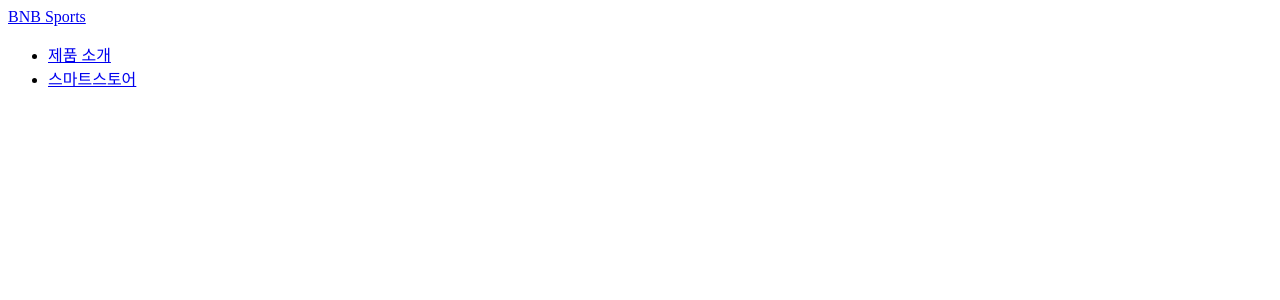
Repository: norwegianwood97/BNB-Sports
Page: assets/header.html
These files come from the project's save history. The page is drawn as it stood at one moment and after the next save; the edit follows.
The browser window is 1280 px wide. The pictures show the whole page.

Above is the page before, as saved 2025-10-07 23:34:06.

### assets/header.html
<header>
  <nav>
    <a href="/index.html" class="logo">BNB Sports</a>
    <ul>
      <li><a href="/products/productsList.html">제품 소개</a></li>
      <li>
        <a href="https://smartstore.naver.com/bnb_sports/category/2c9d17ff3c834d29b9be2411bdc826c6?cp=1" target="_blank">스마트스토어</a>
      </li>
    </ul>
  </nav>
</header>

After the next save:
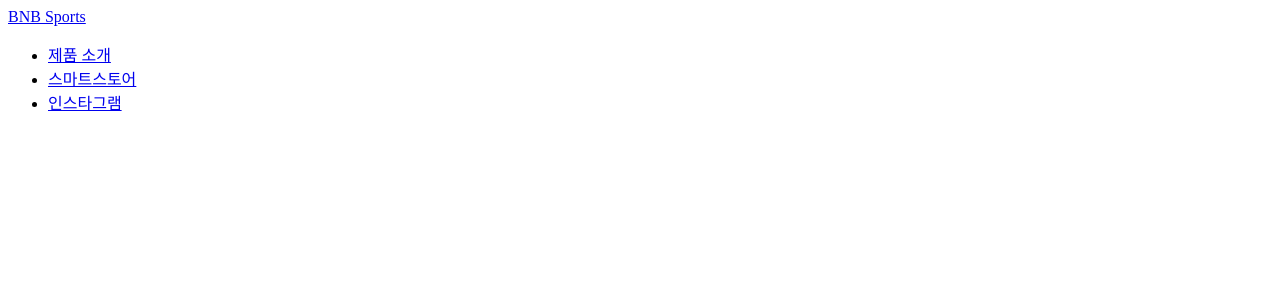
Saved 21 s later.
--- a/assets/header.html
+++ b/assets/header.html
@@ -6,6 +6,9 @@
       <li>
         <a href="https://smartstore.naver.com/bnb_sports/category/2c9d17ff3c834d29b9be2411bdc826c6?cp=1" target="_blank">스마트스토어</a>
       </li>
+      <li>
+        <a href="https://smartstore.naver.com/bnb_sports/category/2c9d17ff3c834d29b9be2411bdc826c6?cp=1" target="_blank">인스타그램</a>
+      </li>
     </ul>
   </nav>
 </header>
